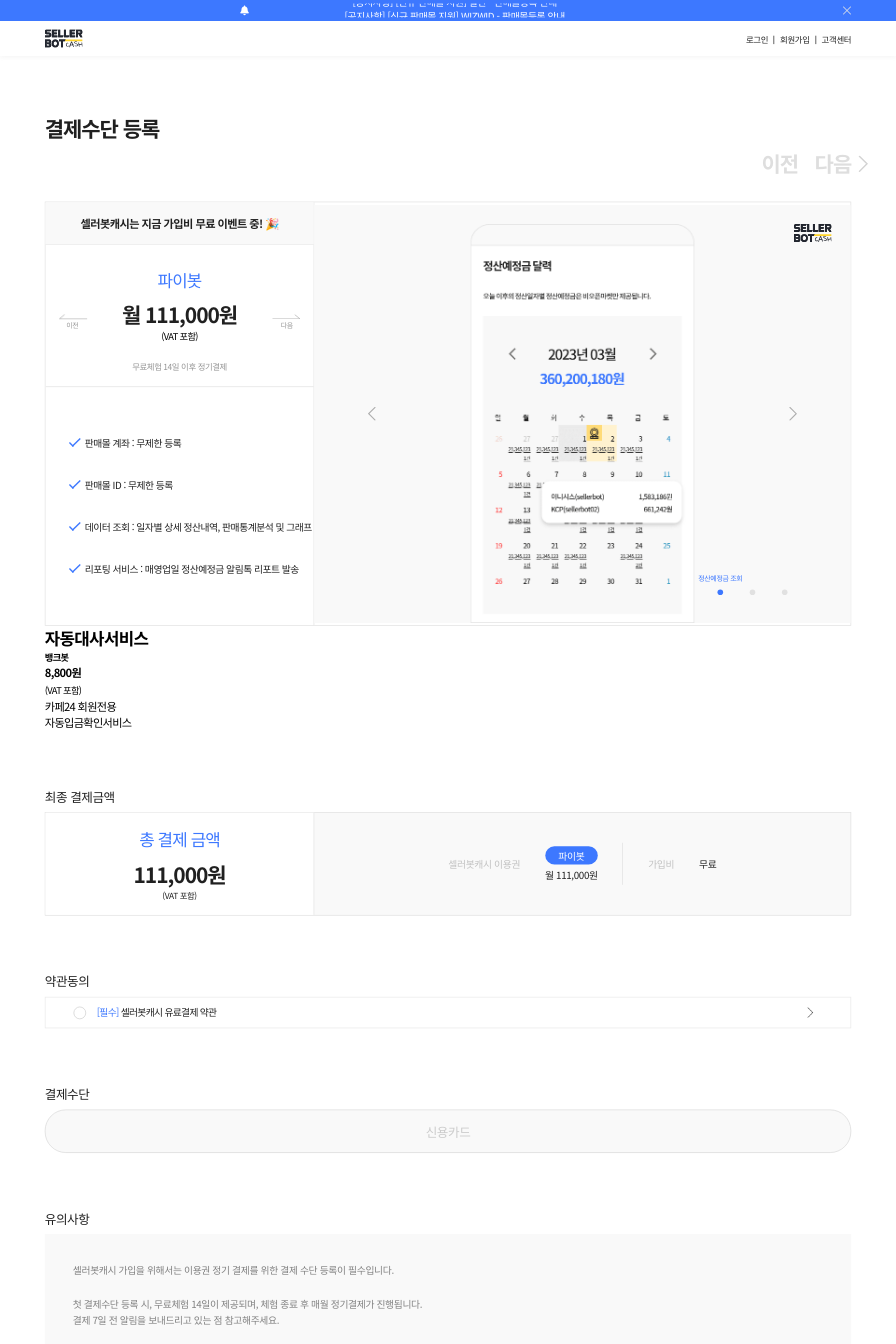
Repository: elemapfelr/ownServer
Page: test-server/web/sellerbot_signup/regPay_01.html
An editor plug-in stored every save of this project. The page is shown before and after the next save, followed by the edit.
The browser window is 1280 px wide. The pictures show the part of the page from y = 0 to 1920 px (the page is 2396 px tall before and 7591 px after), at 70% of full size.
Some web libraries are served in a nearby version. The style sheet was rebuilt from its Sass, Less or Tailwind sources for each picture, by a compiler version that may differ from the author's.

Above is the page before, as saved 2023-03-21 10:36:45.

After the next save:
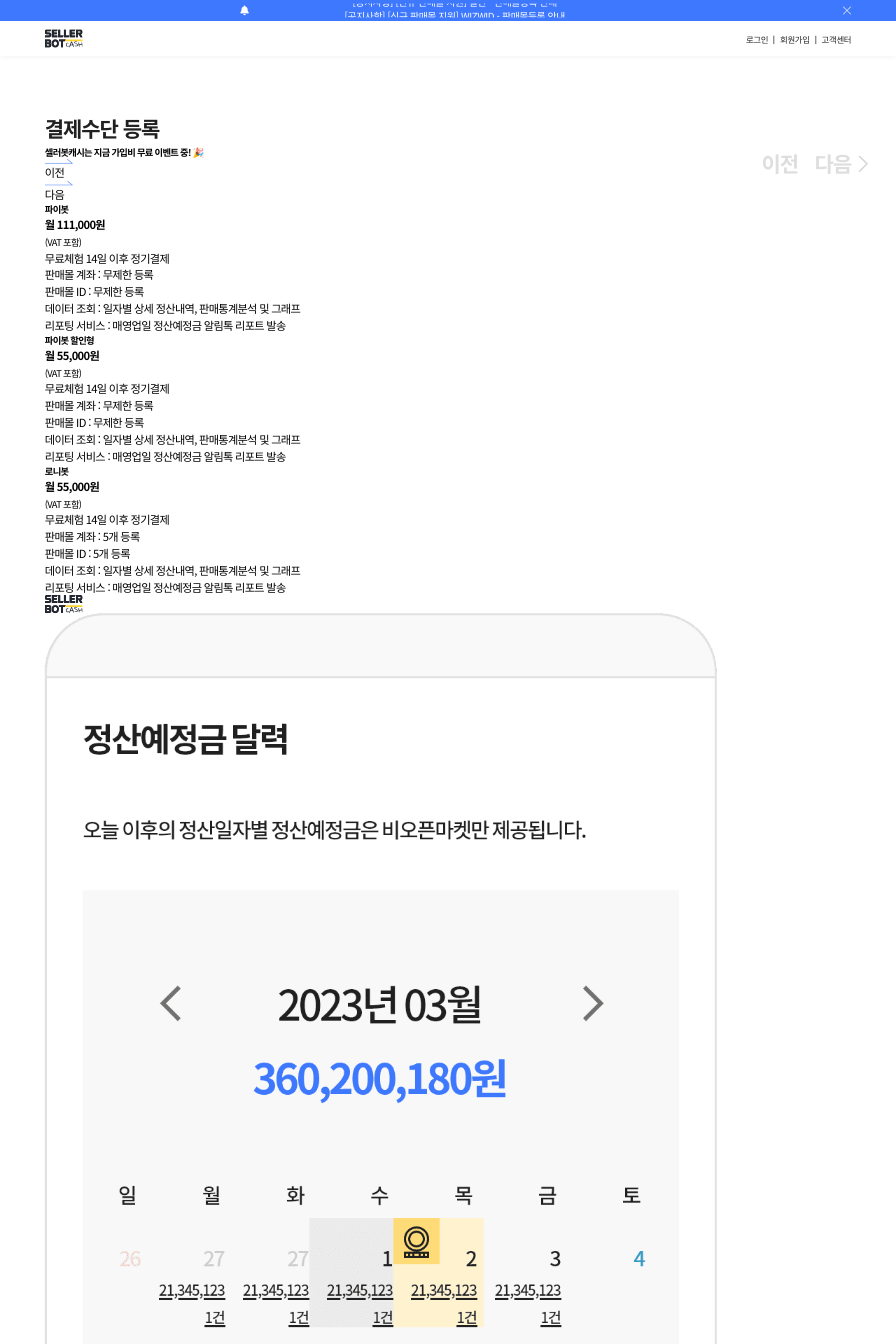
Not found: test-server/web/sellerbot_signup/js/regPay_01.js
Saved 30 s later.
--- a/test-server/web/sellerbot_signup/regPay_01.html
+++ b/test-server/web/sellerbot_signup/regPay_01.html
@@ -6,9 +6,9 @@
 	<meta http-equiv="X-UA-Compatible" content="IE=edge">
 	<meta name="viewport" content="width=device-width, initial-scale=1.0">
 	<title>셀러봇캐시 회원가입</title>
-	<link rel="stylesheet" href="./css/step_06.css">
+	<link rel="stylesheet" href="./css/regPay_01.css">
 	<script type="module" src="./js/common.js" defer></script>
-	<script type="module" src="./js/step_06.js" defer></script>
+	<script type="module" src="./js/regPay_01.js" defer></script>
 	<script src="https://kit.fontawesome.com/133e10f389.js" crossorigin="anonymous"></script>
 </head>
 
